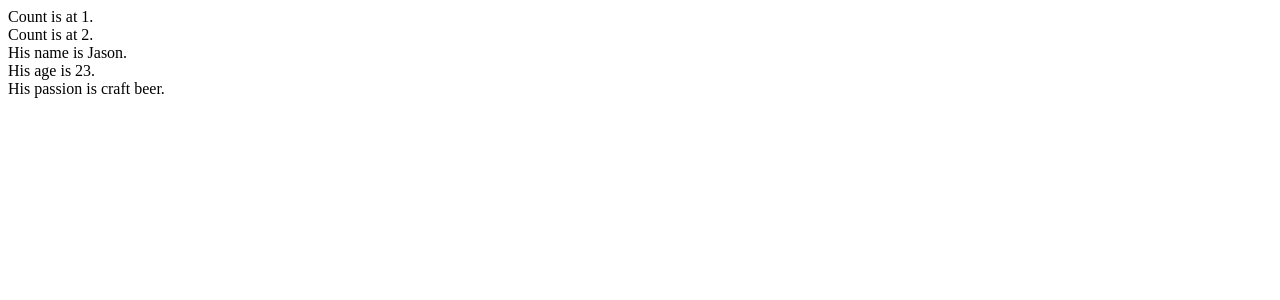
Repository: bunzai/htdocs
Page: http://localhost/test.php
An editor plug-in stored every save of this project. The page is shown before and after the next save, followed by the edit.
The browser window is 1280 px wide. The pictures show the whole page.
The page is run by PHP 8.4 with error messages shown; the project is at /var/www/html/.

Above is the page before, as saved 2013-04-19 15:26:45.

### simple_blog/test.php
<?php
	$i = 1;
	while($i<3) {
		echo "Count is at $i. <br />";
		++$i;
	}
	?>

	<?php
		$person = array(    'name' => 'Jason',
		'age' => 23,    'passion' => 'craft beer'
		);

		foreach($person as $key => $value) {
			echo "His $key is $value. <br />";
		}
	?>

### simple_blog/extras.php
<?php
$foo = "green";
$bar = "red";
?>

After the next save:
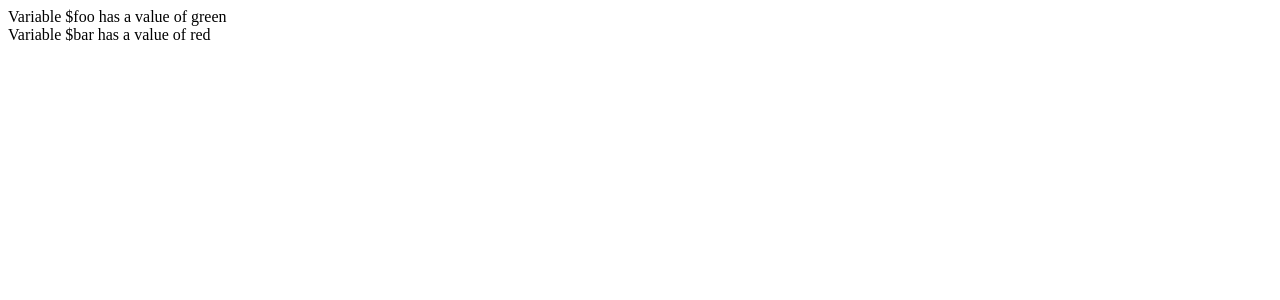
Saved 46 s later.
--- a/simple_blog/test.php
+++ b/simple_blog/test.php
@@ -1,17 +1,7 @@
 <?php
-	$i = 1;
-	while($i<3) {
-		echo "Count is at $i. <br />";
-		++$i;
-	}
-	?>
 
-	<?php
-		$person = array(    'name' => 'Jason',
-		'age' => 23,    'passion' => 'craft beer'
-		);
+	include_once 'extras.php';
 
-		foreach($person as $key => $value) {
-			echo "His $key is $value. <br />";
-		}
-	?>
+	echo 'Variable $foo has a value of ', $foo, "<br />\n";
+	echo 'Variable $bar has a value of ', $bar, "<br />\n";
+?>
